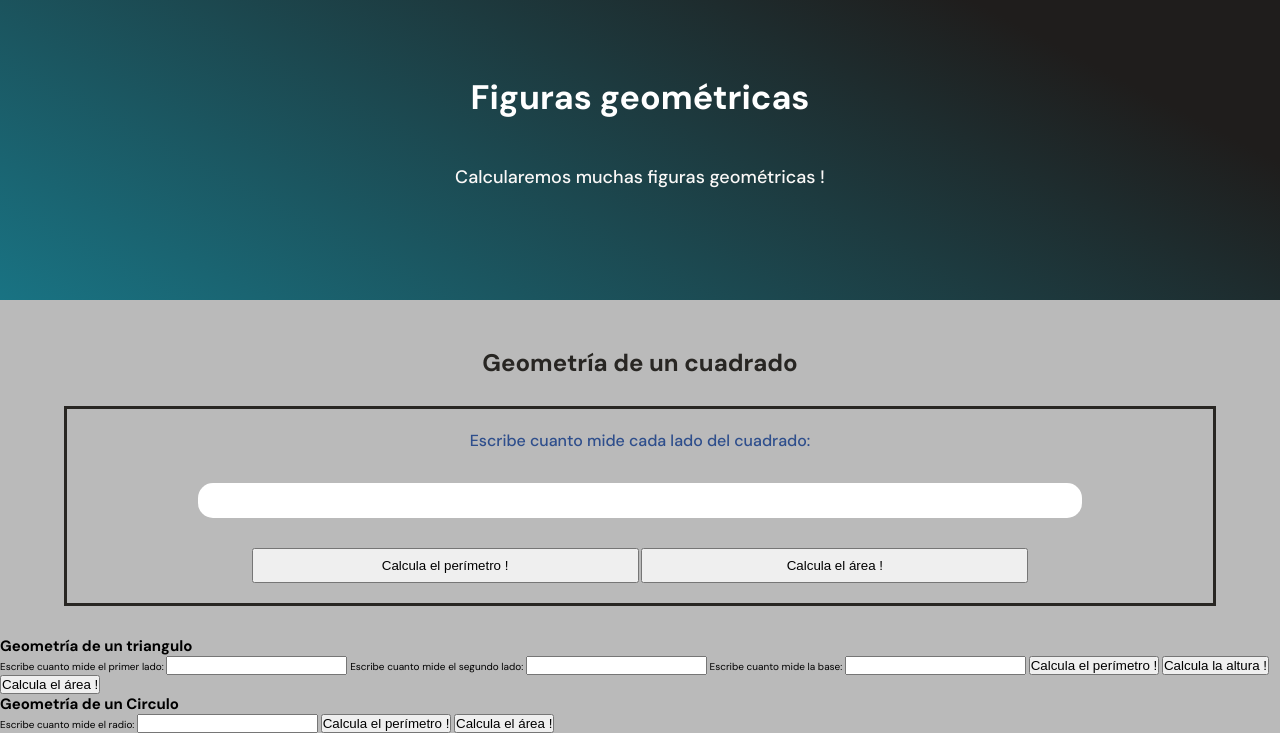
Repository: ChristianGecchelin/javascript-project
Page: javascript-project/figuras-geometricas/figuras.html
An editor plug-in stored every save of this project. The page is shown before and after the next save, followed by the edit.
The browser window is 1280 px wide. The pictures show the whole page.

Above is the page before, as saved 2021-12-01 23:54:30.

After the next save:
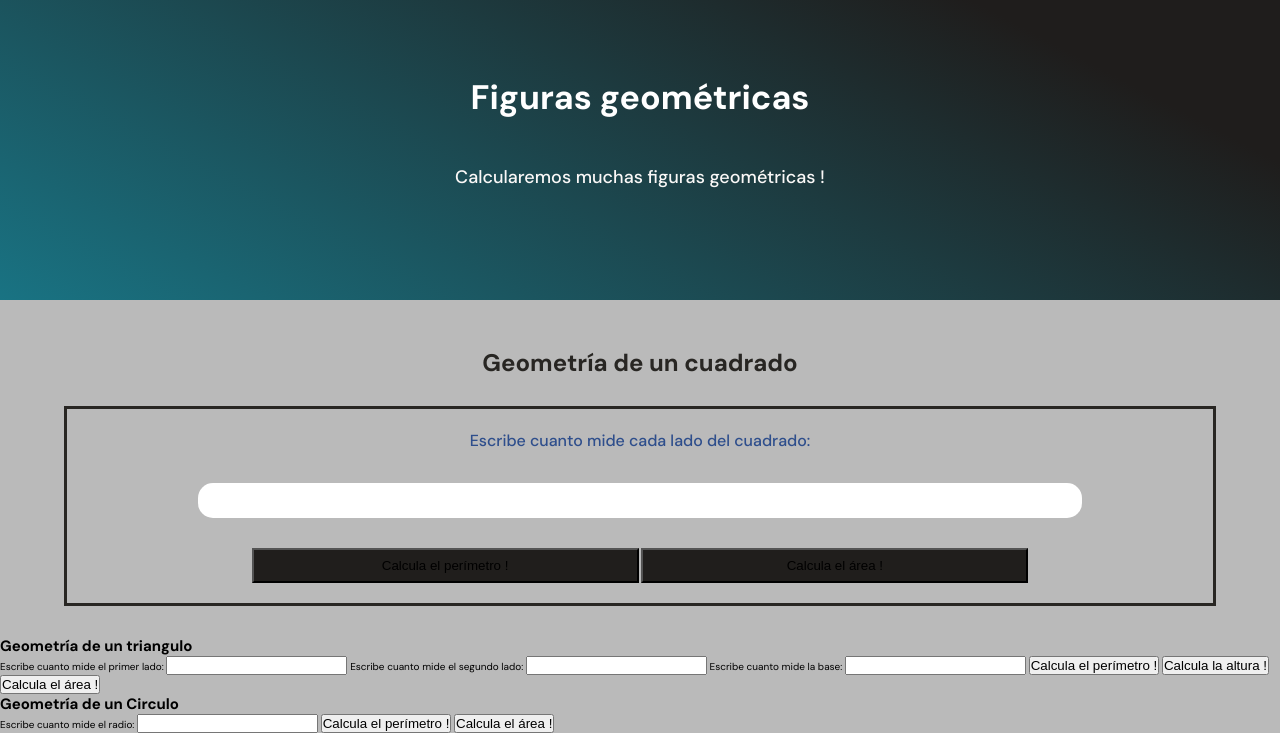
Saved 60 s later.
--- a/javascript-project/figuras-geometricas/style.css
+++ b/javascript-project/figuras-geometricas/style.css
@@ -107,4 +107,6 @@ main {
 .main-calculadora-form-contenedor .form--input-boton {
   width: 35%;
   height: 35px;
+  background-color: var(--warm-black);
+  color: var(--white);
 }
